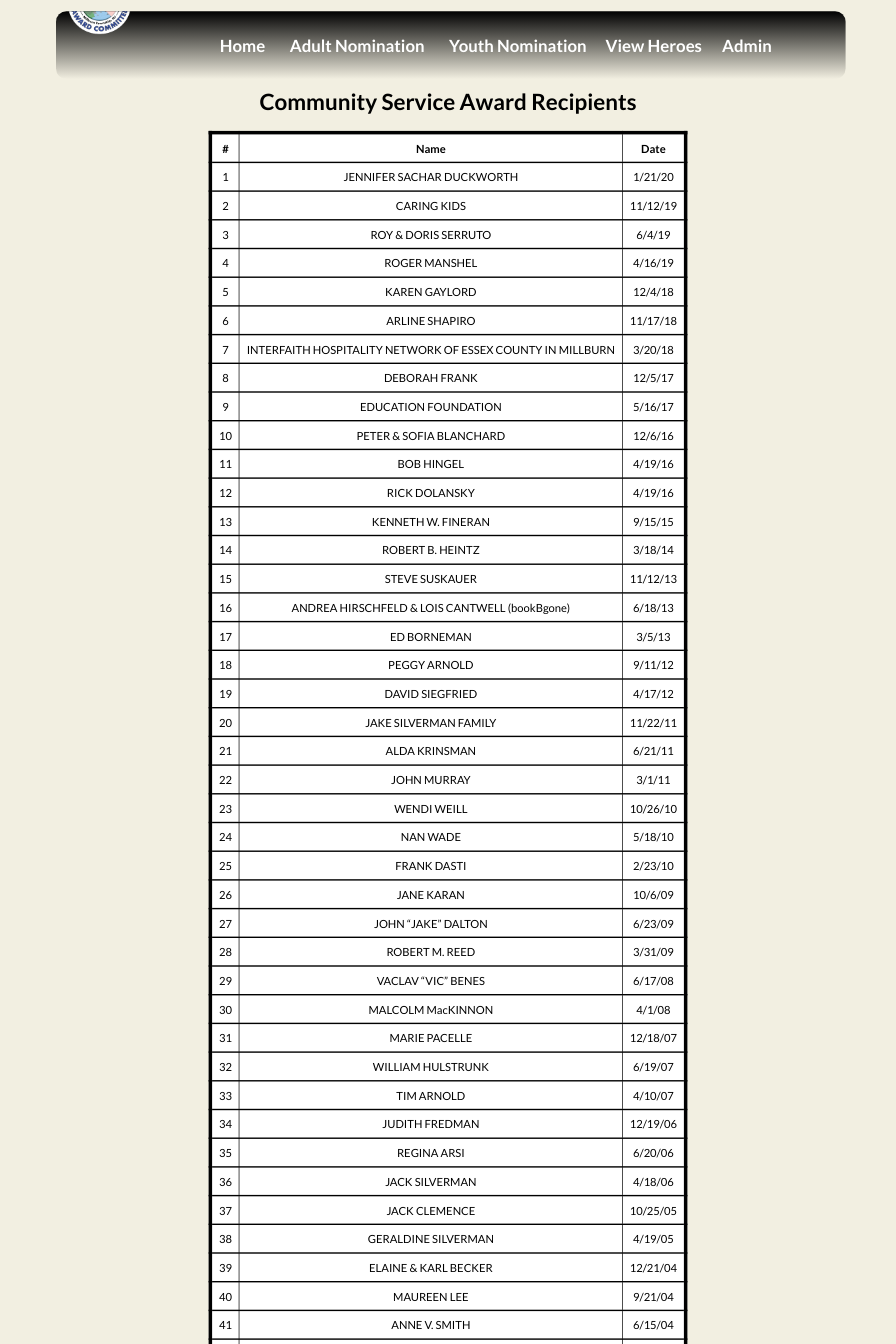
Repository: Centrattic/Young-Heroes-Website
Page: http://localhost/Frontend/before2020.php
These files come from the project's save history. The page is drawn as it stood at one moment and after the next save; the edit follows.
The browser window is 1280 px wide. The pictures show the part of the page from y = 0 to 1920 px (the page is 3723 px tall before and 3955 px after), at 70% of full size.
The page is run by PHP 8.4 with error messages shown; the project is at /var/www/html/.

Above is the page before, as saved 2020-12-21 14:18:56.

After the next save:
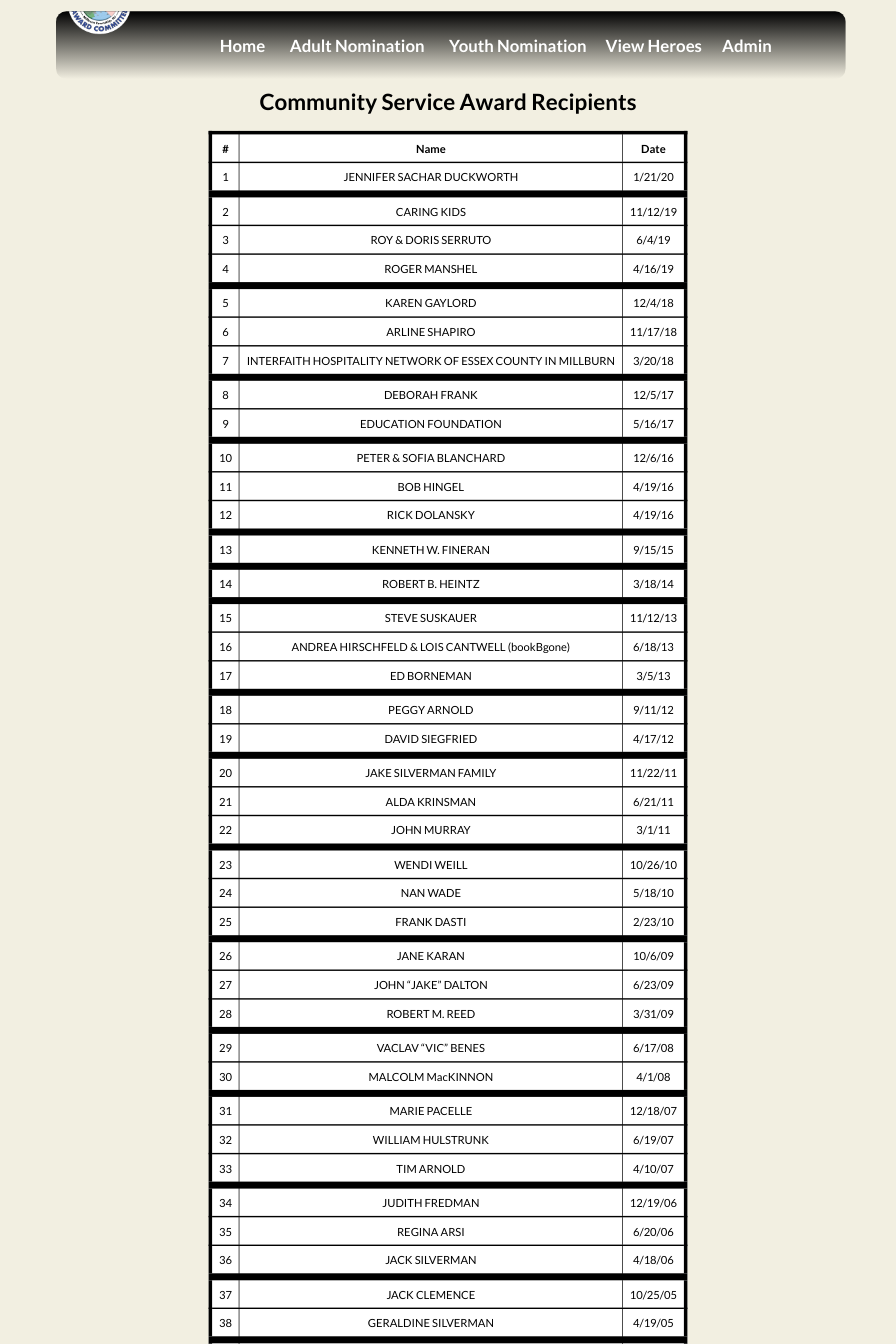
Saved 18 s later.
--- a/Eagle Project/Frontend/before2020.php
+++ b/Eagle Project/Frontend/before2020.php
@@ -44,7 +44,7 @@ require '../Backend/dbhconnect.php';
         }
 
         .last-of-year {
-            border-bottom: 10px;
+            border-bottom: 10px solid black;
         }
 
     </style>
